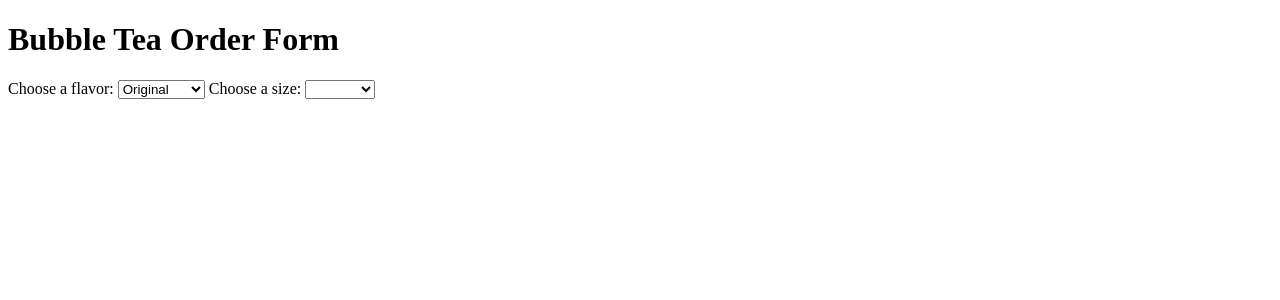
Repository: liulian26/CS5610
Page: lab3/index.html
The author's editor kept a copy of each file at every save. The page is drawn from the files as they stood at one save, then again after the next save.
The browser window is 1280 px wide. The pictures show the whole page.

Above is the page before, as saved 2025-01-30 17:36:27.

After the next save:
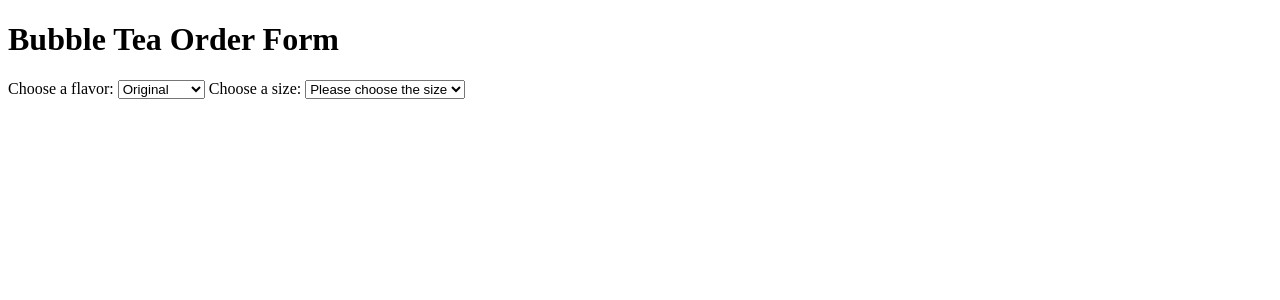
Saved 46 s later.
--- a/lab3/index.html
+++ b/lab3/index.html
@@ -23,7 +23,7 @@
         <!--- choose a size -->
         <label for="size">Choose a size:</label>
         <select id = "size">
-        <option value="Please choose the size"></option>
+        <option value="" disabled selected>Please choose the size</option>
           <option value="small">Small</option>
           <option value="medium">Medium</option>
           <option value="large">Large</option>
